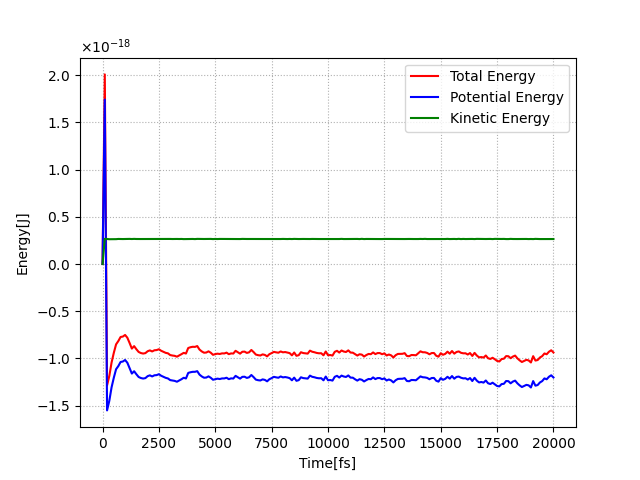
Repository: Tomoya-Oku/OU2025_Handover
Script's output: python Fortran/Samples/Modern/energy_graph.py
These files come from the project's save history. The script's output is drawn as it stood at one moment and after the next save; the edit follows.
Random numbers start from a fixed seed.

Above is the script's output before, as saved 2024-05-06 23:55:31.

### Fortran/Samples/Modern/energy_graph.py
import matplotlib.pyplot as plt
from matplotlib.ticker import ScalarFormatter
import pandas as pd
import numpy as np

def main():
    input_dat = pd.read_table("energy.dat",header=None, delim_whitespace=True)

    time = np.arange(0, 20001, 100)
    tote = input_dat[input_dat.keys()[0]]
    pote = input_dat[input_dat.keys()[1]]
    kine = input_dat[input_dat.keys()[2]]

    print(tote)

    plt.xlabel("Time[fs]")
    plt.ylabel("Energy[J]")
    #plt.xlim(0, len(time)*100)
    #plt.ylim(-1e-18, 3e-18)
    plt.gca().yaxis.set_major_formatter(ScalarFormatter(useMathText=True))

    plt.grid(linestyle="dotted")

    plt.plot(time, tote, label="Total Energy", color="red")
    plt.plot(time, pote, label="Potential Energy", color="blue")
    plt.plot(time, kine, label="Kinetic Energy", color="green")
    plt.legend()
    plt.show()

###################################################################################################

main()

### Fortran/Samples/Modern/energy.dat
  0.0000000E+00  0.0000000E+00  0.0000000E+00  0.0000000E+00
  0.2009740E-17  0.1742599E-17  0.2671410E-18  0.2015490E+03
 -0.1287433E-17 -0.1551775E-17  0.2643419E-18  0.1994372E+03
 -0.1187211E-17 -0.1449932E-17  0.2627207E-18  0.1982141E+03
 -0.1044685E-17 -0.1307606E-17  0.2629203E-18  0.1983646E+03
 -0.9412290E-18 -0.1205106E-17  0.2638770E-18  0.1990864E+03
 -0.8518248E-18 -0.1115275E-17  0.2634498E-18  0.1987641E+03
 -0.8167055E-18 -0.1082203E-17  0.2654975E-18  0.2003090E+03
 -0.7735485E-18 -0.1038449E-17  0.2649010E-18  0.1998590E+03
 -0.7692481E-18 -0.1033728E-17  0.2644803E-18  0.1995416E+03
 -0.7521146E-18 -0.1017408E-17  0.2652934E-18  0.2001551E+03
 -0.7813954E-18 -0.1046555E-17  0.2651600E-18  0.2000544E+03
 -0.8372769E-18 -0.1103310E-17  0.2660335E-18  0.2007134E+03
 -0.8965536E-18 -0.1161320E-17  0.2647666E-18  0.1997576E+03
 -0.8704361E-18 -0.1136631E-17  0.2661950E-18  0.2008352E+03
 -0.9031885E-18 -0.1168286E-17  0.2650974E-18  0.2000072E+03
 -0.9320930E-18 -0.1197531E-17  0.2654380E-18  0.2002642E+03
 -0.9437238E-18 -0.1208515E-17  0.2647915E-18  0.1997764E+03
 -0.9492217E-18 -0.1214108E-17  0.2648860E-18  0.1998476E+03
 -0.9446874E-18 -0.1209500E-17  0.2648124E-18  0.1997922E+03
 -0.9248491E-18 -0.1188912E-17  0.2640627E-18  0.1992265E+03
 -0.9157106E-18 -0.1180172E-17  0.2644613E-18  0.1995273E+03
 -0.9270122E-18 -0.1191885E-17  0.2648723E-18  0.1998373E+03
 -0.9145964E-18 -0.1179811E-17  0.2652143E-18  0.2000954E+03
 -0.9122103E-18 -0.1177686E-17  0.2654755E-18  0.2002925E+03
 -0.9036327E-18 -0.1168034E-17  0.2644015E-18  0.1994821E+03
 -0.9197311E-18 -0.1184581E-17  0.2648495E-18  0.1998202E+03
 -0.9307253E-18 -0.1195792E-17  0.2650671E-18  0.1999843E+03
 -0.9416899E-18 -0.1206542E-17  0.2648516E-18  0.1998217E+03
 -0.9468624E-18 -0.1213111E-17  0.2662487E-18  0.2008758E+03
 -0.9650781E-18 -0.1230633E-17  0.2655550E-18  0.2003524E+03
 -0.9701396E-18 -0.1234945E-17  0.2648056E-18  0.1997870E+03
 -0.9735854E-18 -0.1238939E-17  0.2653539E-18  0.2002007E+03
 -0.9823917E-18 -0.1247840E-17  0.2654487E-18  0.2002722E+03
 -0.9698070E-18 -0.1234633E-17  0.2648262E-18  0.1998025E+03
 -0.9559048E-18 -0.1221478E-17  0.2655728E-18  0.2003658E+03
 -0.9418401E-18 -0.1205791E-17  0.2639505E-18  0.1991419E+03
 -0.9490433E-18 -0.1213331E-17  0.2642880E-18  0.1993965E+03
 -0.8904278E-18 -0.1154500E-17  0.2640720E-18  0.1992335E+03
 -0.8822284E-18 -0.1147417E-17  0.2651886E-18  0.2000760E+03
 -0.8774964E-18 -0.1142903E-17  0.2654065E-18  0.2002403E+03
 -0.8786047E-18 -0.1142657E-17  0.2640527E-18  0.1992190E+03
 -0.8697184E-18 -0.1135865E-17  0.2661470E-18  0.2007990E+03
 -0.9066693E-18 -0.1172063E-17  0.2653936E-18  0.2002306E+03
 -0.9266491E-18 -0.1191671E-17  0.2650218E-18  0.1999501E+03
 -0.9402176E-18 -0.1205272E-17  0.2650545E-18  0.1999748E+03
 -0.9383823E-18 -0.1203686E-17  0.2653036E-18  0.2001627E+03
 -0.9258566E-18 -0.1190971E-17  0.2651145E-18  0.2000201E+03
 -0.9401294E-18 -0.1206033E-17  0.2659040E-18  0.2006157E+03
 -0.9627398E-18 -0.1226873E-17  0.2641334E-18  0.1992798E+03
 -0.9548249E-18 -0.1220524E-17  0.2656988E-18  0.2004609E+03
 -0.9506015E-18 -0.1215171E-17  0.2645699E-18  0.1996092E+03
 -0.9537976E-18 -0.1219461E-17  0.2656634E-18  0.2004342E+03
 -0.9473235E-18 -0.1212884E-17  0.2655604E-18  0.2003565E+03
 -0.9480153E-18 -0.1212873E-17  0.2648575E-18  0.1998262E+03
 -0.9395689E-18 -0.1205318E-17  0.2657493E-18  0.2004990E+03
 -0.9559761E-18 -0.1220827E-17  0.2648504E-18  0.1998208E+03
 -0.9478495E-18 -0.1212288E-17  0.2644386E-18  0.1995101E+03
 -0.9491484E-18 -0.1214042E-17  0.2648934E-18  0.1998533E+03
 -0.9200736E-18 -0.1185618E-17  0.2655442E-18  0.2003443E+03
 -0.9347899E-18 -0.1200546E-17  0.2657557E-18  0.2005039E+03
 -0.9503190E-18 -0.1214872E-17  0.2645535E-18  0.1995968E+03
 -0.9302491E-18 -0.1196212E-17  0.2659630E-18  0.2006602E+03
 -0.9287852E-18 -0.1194841E-17  0.2660563E-18  0.2007306E+03
 -0.9425087E-18 -0.1207569E-17  0.2650599E-18  0.1999789E+03
 -0.9361554E-18 -0.1200698E-17  0.2645426E-18  0.1995886E+03
 -0.9112968E-18 -0.1176473E-17  0.2651758E-18  0.2000663E+03
 -0.9337507E-18 -0.1199076E-17  0.2653255E-18  0.2001792E+03
 -0.9600221E-18 -0.1225544E-17  0.2655222E-18  0.2003276E+03
 -0.9662998E-18 -0.1231646E-17  0.2653466E-18  0.2001952E+03
 -0.9698140E-18 -0.1234540E-17  0.2647261E-18  0.1997270E+03
 -0.9580642E-18 -0.1222983E-17  0.2649191E-18  0.1998726E+03
 -0.9637080E-18 -0.1228527E-17  0.2648191E-18  0.1997972E+03
 -0.9788009E-18 -0.1243551E-17  0.2647502E-18  0.1997452E+03
 -0.9558558E-18 -0.1221211E-17  0.2653548E-18  0.2002014E+03
 -0.9443511E-18 -0.1209653E-17  0.2653018E-18  0.2001614E+03
 -0.9314444E-18 -0.1196152E-17  0.2647079E-18  0.1997133E+03
 -0.9365196E-18 -0.1201538E-17  0.2650184E-18  0.1999476E+03
 -0.9403887E-18 -0.1205663E-17  0.2652745E-18  0.2001408E+03
 -0.9270429E-18 -0.1191803E-17  0.2647597E-18  0.1997524E+03
 -0.9361062E-18 -0.1201823E-17  0.2657169E-18  0.2004745E+03
 -0.9331902E-18 -0.1198307E-17  0.2651168E-18  0.2000218E+03
 -0.9383272E-18 -0.1202877E-17  0.2645501E-18  0.1995942E+03
 -0.9444703E-18 -0.1210038E-17  0.2655679E-18  0.2003621E+03
 -0.9682185E-18 -0.1232689E-17  0.2644706E-18  0.1995343E+03
 -0.9381254E-18 -0.1204164E-17  0.2660389E-18  0.2007175E+03
 -0.9729567E-18 -0.1238067E-17  0.2651098E-18  0.2000165E+03
 -0.9665360E-18 -0.1231196E-17  0.2646605E-18  0.1996775E+03
 -0.9353457E-18 -0.1200898E-17  0.2655518E-18  0.2003500E+03
 -0.9438126E-18 -0.1209180E-17  0.2653670E-18  0.2002105E+03
 -0.9472789E-18 -0.1212298E-17  0.2650187E-18  0.1999478E+03
 -0.9498625E-18 -0.1214704E-17  0.2648415E-18  0.1998141E+03
 -0.9183808E-18 -0.1183126E-17  0.2647451E-18  0.1997414E+03
 -0.9300651E-18 -0.1195657E-17  0.2655916E-18  0.2003800E+03
 -0.9355587E-18 -0.1200637E-17  0.2650781E-18  0.1999926E+03
 -0.9427315E-18 -0.1207839E-17  0.2651072E-18  0.2000145E+03
 -0.9465320E-18 -0.1211329E-17  0.2647973E-18  0.1997807E+03
 -0.9457175E-18 -0.1210495E-17  0.2647778E-18  0.1997661E+03
 -0.9676765E-18 -0.1233115E-17  0.2654382E-18  0.2002643E+03
 -0.9273516E-18 -0.1193156E-17  0.2658047E-18  0.2005408E+03
 -0.9667943E-18 -0.1232122E-17  0.2653281E-18  0.2001812E+03
 -0.9648564E-18 -0.1229752E-17  0.2648955E-18  0.1998548E+03
 -0.9704332E-18 -0.1235750E-17  0.2653166E-18  0.2001725E+03
 -0.9307834E-18 -0.1195549E-17  0.2647660E-18  0.1997571E+03
 -0.9200874E-18 -0.1185368E-17  0.2652804E-18  0.2001452E+03
 -0.9387429E-18 -0.1203549E-17  0.2648057E-18  0.1997871E+03
 -0.9167015E-18 -0.1182912E-17  0.2662102E-18  0.2008468E+03
 -0.9280079E-18 -0.1192593E-17  0.2645851E-18  0.1996206E+03
 -0.9325684E-18 -0.1197287E-17  0.2647188E-18  0.1997215E+03
 -0.9153961E-18 -0.1181153E-17  0.2657564E-18  0.2005044E+03
 -0.9387598E-18 -0.1204468E-17  0.2657077E-18  0.2004676E+03
 -0.9398386E-18 -0.1204853E-17  0.2650144E-18  0.1999445E+03
 -0.9555375E-18 -0.1221736E-17  0.2661986E-18  0.2008380E+03
 -0.9704523E-18 -0.1236010E-17  0.2655573E-18  0.2003541E+03
 -0.9566686E-18 -0.1220850E-17  0.2641813E-18  0.1993160E+03
 -0.9606298E-18 -0.1227208E-17  0.2665780E-18  0.2011242E+03
 -0.9806929E-18 -0.1244932E-17  0.2642386E-18  0.1993592E+03
 -0.9651374E-18 -0.1230484E-17  0.2653463E-18  0.2001949E+03
 -0.9534136E-18 -0.1218587E-17  0.2651736E-18  0.2000647E+03
 -0.9559815E-18 -0.1221485E-17  0.2655036E-18  0.2003136E+03
 -0.9374195E-18 -0.1202113E-17  0.2646940E-18  0.1997028E+03
 -0.9548110E-18 -0.1219974E-17  0.2651632E-18  0.2000568E+03
 -0.9441756E-18 -0.1208997E-17  0.2648211E-18  0.1997987E+03
 -0.9441109E-18 -0.1209106E-17  0.2649952E-18  0.1999301E+03
 -0.9566169E-18 -0.1221033E-17  0.2644159E-18  0.1994930E+03
 -0.9469026E-18 -0.1212423E-17  0.2655200E-18  0.2003260E+03
 -0.9696516E-18 -0.1234979E-17  0.2653279E-18  0.2001811E+03
 -0.9593795E-18 -0.1223962E-17  0.2645829E-18  0.1996190E+03
 -0.9682219E-18 -0.1233860E-17  0.2656382E-18  0.2004152E+03
 -0.9906631E-18 -0.1255121E-17  0.2644580E-18  0.1995247E+03
 -0.9666725E-18 -0.1231982E-17  0.2653096E-18  0.2001673E+03
 -0.9531750E-18 -0.1218269E-17  0.2650942E-18  0.2000047E+03
 -0.9526289E-18 -0.1216701E-17  0.2640723E-18  0.1992338E+03
 -0.9520371E-18 -0.1216371E-17  0.2643336E-18  0.1994309E+03
 -0.9450574E-18 -0.1209749E-17  0.2646911E-18  0.1997006E+03
 -0.9748637E-18 -0.1240098E-17  0.2652341E-18  0.2001103E+03
 -0.9773242E-18 -0.1242636E-17  0.2653115E-18  0.2001687E+03
 -0.9646059E-18 -0.1229218E-17  0.2646124E-18  0.1996412E+03
 -0.9653822E-18 -0.1230170E-17  0.2647875E-18  0.1997734E+03
 -0.9676526E-18 -0.1232332E-17  0.2646798E-18  0.1996921E+03
 -0.9464784E-18 -0.1211204E-17  0.2647255E-18  0.1997266E+03
 -0.9256983E-18 -0.1191458E-17  0.2657599E-18  0.2005070E+03
 -0.9354450E-18 -0.1200366E-17  0.2649206E-18  0.1998738E+03
 -0.9357858E-18 -0.1202093E-17  0.2663070E-18  0.2009198E+03
 -0.9427376E-18 -0.1207359E-17  0.2646214E-18  0.1996480E+03
 -0.9570580E-18 -0.1221646E-17  0.2645883E-18  0.1996230E+03
 -0.9439079E-18 -0.1208623E-17  0.2647153E-18  0.1997189E+03
 -0.9433462E-18 -0.1207719E-17  0.2643726E-18  0.1994604E+03
 -0.9723289E-18 -0.1237141E-17  0.2648118E-18  0.1997917E+03
 -0.9821890E-18 -0.1246956E-17  0.2647673E-18  0.1997581E+03
 -0.9457060E-18 -0.1210334E-17  0.2646281E-18  0.1996531E+03
 -0.9621370E-18 -0.1227303E-17  0.2651657E-18  0.2000587E+03
 -0.9525522E-18 -0.1217329E-17  0.2647765E-18  0.1997650E+03
 -0.9292767E-18 -0.1195562E-17  0.2662849E-18  0.2009031E+03
 -0.9506420E-18 -0.1215038E-17  0.2643956E-18  0.1994777E+03
 -0.9224022E-18 -0.1187567E-17  0.2651653E-18  0.2000584E+03
 -0.9501899E-18 -0.1215721E-17  0.2655313E-18  0.2003345E+03
 -0.9325969E-18 -0.1196889E-17  0.2642917E-18  0.1993993E+03
 -0.9268221E-18 -0.1193426E-17  0.2666035E-18  0.2011435E+03
 -0.9414113E-18 -0.1205617E-17  0.2642059E-18  0.1993346E+03
 -0.9466298E-18 -0.1212415E-17  0.2657855E-18  0.2005263E+03
 -0.9464295E-18 -0.1211009E-17  0.2645797E-18  0.1996166E+03
 -0.9596118E-18 -0.1225025E-17  0.2654133E-18  0.2002455E+03
 -0.9436331E-18 -0.1208914E-17  0.2652807E-18  0.2001454E+03
 -0.9748568E-18 -0.1240367E-17  0.2655099E-18  0.2003184E+03
 -0.9420349E-18 -0.1206216E-17  0.2641811E-18  0.1993158E+03
 -0.9699285E-18 -0.1236137E-17  0.2662087E-18  0.2008456E+03
 -0.9896080E-18 -0.1255256E-17  0.2656480E-18  0.2004225E+03
 -0.9864718E-18 -0.1250779E-17  0.2643071E-18  0.1994109E+03
 -0.9918689E-18 -0.1257090E-17  0.2652213E-18  0.2001006E+03
 -0.9698374E-18 -0.1234720E-17  0.2648828E-18  0.1998453E+03
 -0.9988809E-18 -0.1264150E-17  0.2652691E-18  0.2001367E+03
 -0.1006481E-17 -0.1272251E-17  0.2657695E-18  0.2005143E+03
 -0.9939218E-18 -0.1258063E-17  0.2641408E-18  0.1992855E+03
 -0.1009669E-17 -0.1275907E-17  0.2662381E-18  0.2008678E+03
 -0.1027585E-17 -0.1293146E-17  0.2655617E-18  0.2003575E+03
 -0.1032928E-17 -0.1296967E-17  0.2640389E-18  0.1992086E+03
 -0.1007547E-17 -0.1272822E-17  0.2652757E-18  0.2001417E+03
 -0.1003992E-17 -0.1269907E-17  0.2659146E-18  0.2006237E+03
 -0.9761651E-18 -0.1240461E-17  0.2642955E-18  0.1994022E+03
 -0.9775537E-18 -0.1241763E-17  0.2642088E-18  0.1993368E+03
 -0.9984467E-18 -0.1264722E-17  0.2662755E-18  0.2008960E+03
 -0.9813454E-18 -0.1246298E-17  0.2649524E-18  0.1998978E+03
 -0.9708930E-18 -0.1236258E-17  0.2653650E-18  0.2002091E+03
 -0.9999555E-18 -0.1264660E-17  0.2647041E-18  0.1997104E+03
 -0.1021355E-17 -0.1286361E-17  0.2650063E-18  0.1999384E+03
 -0.1038725E-17 -0.1303980E-17  0.2652555E-18  0.2001265E+03
 -0.1026800E-17 -0.1292385E-17  0.2655852E-18  0.2003752E+03
 -0.1015801E-17 -0.1281163E-17  0.2653626E-18  0.2002072E+03
 -0.1022004E-17 -0.1286221E-17  0.2642175E-18  0.1993433E+03
 -0.1043718E-17 -0.1308877E-17  0.2651585E-18  0.2000532E+03
 -0.9768984E-18 -0.1240997E-17  0.2640984E-18  0.1992534E+03
 -0.1023436E-17 -0.1289678E-17  0.2662424E-18  0.2008710E+03
 -0.1017850E-17 -0.1282666E-17  0.2648165E-18  0.1997953E+03
 -0.9912801E-18 -0.1255677E-17  0.2643970E-18  0.1994787E+03
 -0.9767044E-18 -0.1241283E-17  0.2645790E-18  0.1996160E+03
 -0.9483530E-18 -0.1212757E-17  0.2644037E-18  0.1994838E+03
 -0.9566539E-18 -0.1221918E-17  0.2652640E-18  0.2001328E+03
 -0.9302121E-18 -0.1195422E-17  0.2652098E-18  0.2000919E+03
 -0.9145513E-18 -0.1179579E-17  0.2650276E-18  0.1999545E+03
 -0.9378825E-18 -0.1202594E-17  0.2647119E-18  0.1997163E+03

After the next save:
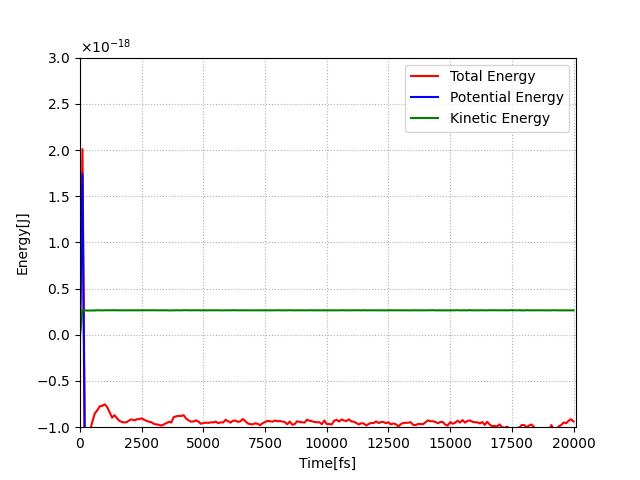
Saved 26 s later.
--- a/Fortran/Samples/Modern/energy_graph.py
+++ b/Fortran/Samples/Modern/energy_graph.py
@@ -15,8 +15,8 @@ def main():
 
     plt.xlabel("Time[fs]")
     plt.ylabel("Energy[J]")
-    #plt.xlim(0, len(time)*100)
-    #plt.ylim(-1e-18, 3e-18)
+    plt.xlim(0, len(time)*100)
+    plt.ylim(-1e-18, 3e-18)
     plt.gca().yaxis.set_major_formatter(ScalarFormatter(useMathText=True))
 
     plt.grid(linestyle="dotted")
